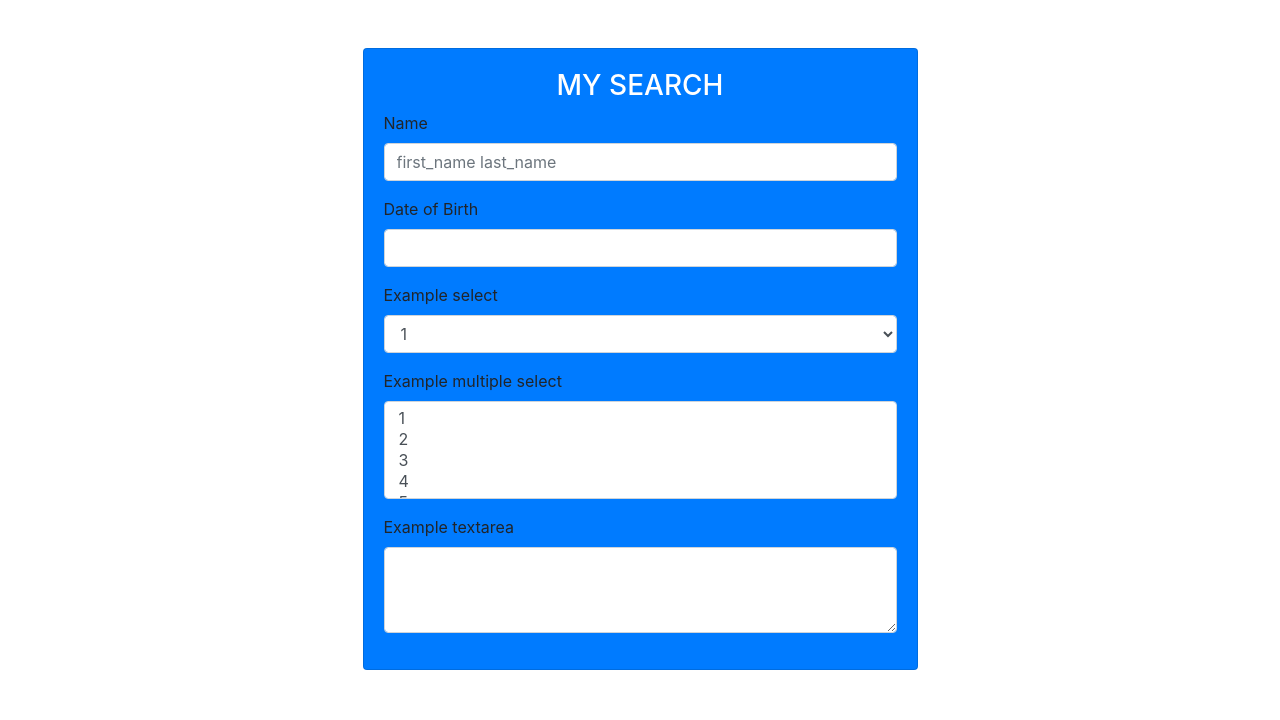
Repository: modinilesh/SpringMVC
Page: http://localhost/springmvcsearch/complex
These files come from the project's save history. The page is drawn as it stood at one moment and after the next save; the edit follows.
The browser window is 1280 px wide. The pictures show the whole page.
Some web libraries are served in a nearby version. The page is served by Tomcat 9. Other server files are loaded and not shown.

Above is the page before, as saved 2023-10-20 14:33:52.

### springmvcsearch/src/main/webapp/WEB-INF/spring-servlet.xml
<?xml version="1.0" encoding="UTF-8"?>
<beans xmlns="http://www.springframework.org/schema/beans"
	xmlns:xsi="http://www.w3.org/2001/XMLSchema-instance"
	xmlns:context="http://www.springframework.org/schema/context"
	xmlns:p="http://www.springframework.org/schema/p"
	xmlns:tx="http://www.springframework.org/schema/tx"
	xsi:schemaLocation="http://www.springframework.org/schema/beans
		http://www.springframework.org/schema/beans/spring-beans.xsd
		http://www.springframework.org/schema/context
		http://www.springframework.org/schema/context/spring-context.xsd
		http://www.springframework.org/schema/mvc
        http://www.springframework.org/schema/mvc/spring-mvc.xsd
        http://www.springframework.org/schema/tx
        http://www.springframework.org/schema/tx/spring-tx.xsd">


	<context:component-scan base-package="springmvcsearch" /> <!--it will activate all annotations used in each packages starting with
		springmvcsearch name -->

	<!--Step-3 : Configuring view Resolver -->

	<bean
		class="org.springframework.web.servlet.view.InternalResourceViewResolver"
		name="viewResolver">
		<property name="prefix" value="/WEB-INF/views/" />
		<property name="suffix" value=".jsp" />
	</bean>


</beans>

### springmvcsearch/src/main/webapp/WEB-INF/views/complex_form.jsp
<!doctype html>
<html lang="en">
<head>
<!-- Required meta tags -->
<meta charset="utf-8">
<meta name="viewport"
	content="width=device-width, initial-scale=1, shrink-to-fit=no">

<!-- Bootstrap CSS -->
<link rel="stylesheet"
	href="https://cdn.jsdelivr.net/npm/bootstrap@4.0.0/dist/css/bootstrap.min.css"
	integrity="sha384-Gn5384xqQ1aoWXA+058RXPxPg6fy4IWvTNh0E263XmFcJlSAwiGgFAW/dAiS6JXm"
	crossorigin="anonymous">

<title>Complex Form</title>
</head>
<body>

	<div class="container">

		<div class="card mx-auto mt-5 bg-primary" style="width: 50%">

			<div class="card-body">

				<h3 class="text-center text-white" style="text-transform: uppercase">My
					Search</h3>

				<form>
					<div class="form-group">
						<label for="exampleFormControlInput1">Name</label>
						<input
							type="text" class="form-control" id="exampleFormControlInput1"
							placeholder="first_name last_name" name="name">
					</div>

					<div class="form-group">
						<label for="dob">Date of Birth</label> <input type="text"
							name="date" class="form-control" id="dob" name="text" />
					</div>

					<div class="form-group">
						<label for="exampleFormControlSelect1">Example select</label> <select
							class="form-control" id="exampleFormControlSelect1"
							name="singleValue">
							<option>1</option>
							<option>2</option>
							<option>3</option>
							<option>4</option>
							<option>5</option>
						</select>
					</div>
					<div class="form-group">
						<label for="exampleFormControlSelect2">Example multiple
							select</label> <select multiple class="form-control"
							id="exampleFormControlSelect2" name="multiValue">
							<option>1</option>
							<option>2</option>
							<option>3</option>
							<option>4</option>
							<option>5</option>
						</select>
					</div>
					<div class="form-group">
						<label for="exampleFormControlTextarea1">Example textarea</label>
						<textarea class="form-control" id="exampleFormControlTextarea1"
							rows="3" name="text"></textarea>
					</div>

				</form>

			</div>

		</div>

	</div>





	<!-- Optional JavaScript -->
	<!-- jQuery first, then Popper.js, then Bootstrap JS -->
	<script src="https://code.jquery.com/jquery-3.2.1.slim.min.js"
		integrity="sha384-KJ3o2DKtIkvYIK3UENzmM7KCkRr/rE9/Qpg6aAZGJwFDMVNA/GpGFF93hXpG5KkN"
		crossorigin="anonymous"></script>
	<script
		src="https://cdn.jsdelivr.net/npm/popper.js@1.12.9/dist/umd/popper.min.js"
		integrity="sha384-ApNbgh9B+Y1QKtv3Rn7W3mgPxhU9K/ScQsAP7hUibX39j7fakFPskvXusvfa0b4Q"
		crossorigin="anonymous"></script>
	<script
		src="https://cdn.jsdelivr.net/npm/bootstrap@4.0.0/dist/js/bootstrap.min.js"
		integrity="sha384-JZR6Spejh4U02d8jOt6vLEHfe/JQGiRRSQQxSfFWpi1MquVdAyjUar5+76PVCmYl"
		crossorigin="anonymous"></script>
</body>
</html>

### springmvcsearch/src/main/java/springmvcsearch/ComplexFormController.java
package springmvcsearch;

import org.springframework.stereotype.Controller;
import org.springframework.web.bind.annotation.RequestMapping;

@Controller
public class ComplexFormController {

	@RequestMapping("/complex")
	public String showForm() {

		return "complex_form";
	}

}

### springmvcsearch/src/main/java/springmvcsearch/SearchController.java
package springmvcsearch;

import org.springframework.stereotype.Controller;
import org.springframework.web.bind.annotation.RequestMapping;
import org.springframework.web.bind.annotation.RequestParam;
import org.springframework.web.servlet.view.RedirectView;

@Controller
public class SearchController {

	@RequestMapping("/home")
	public String home() {
		return "home";
	}

	@RequestMapping("/search")
	public RedirectView search(@RequestParam("querybox") String query) {
		String url = "https://www.google.com/search?q="+query;
		RedirectView redirectView = new RedirectView();
		redirectView.setUrl(url);
		return redirectView;
	}

}

After the next save:
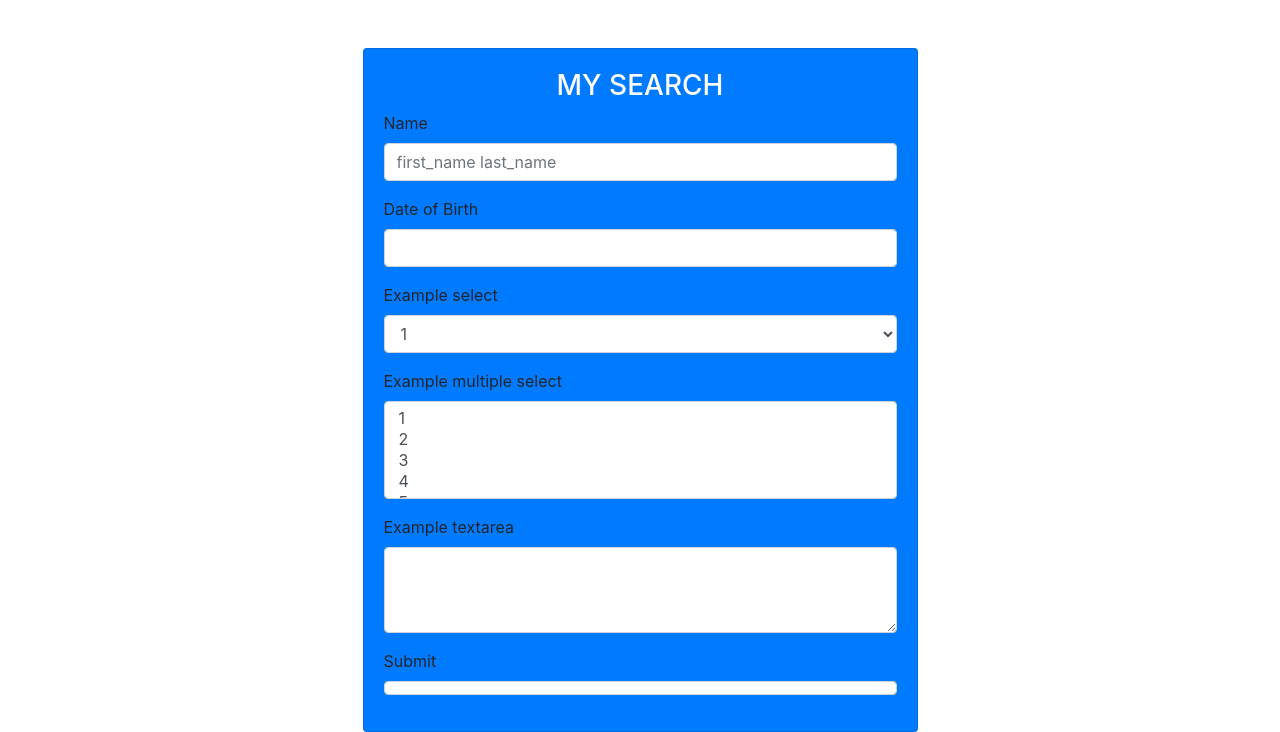
Saved 2 min 0 s later.
--- a/springmvcsearch/src/main/webapp/WEB-INF/views/complex_form.jsp
+++ b/springmvcsearch/src/main/webapp/WEB-INF/views/complex_form.jsp
@@ -66,6 +66,12 @@
 							rows="3" name="text"></textarea>
 					</div>
 
+					<div class="form-group">
+						<label for="btn">Submit</label>
+						<button type="submit"
+							name="submit" class="form-control" id="submit" ></button>
+					</div>
+
 				</form>
 
 			</div>
